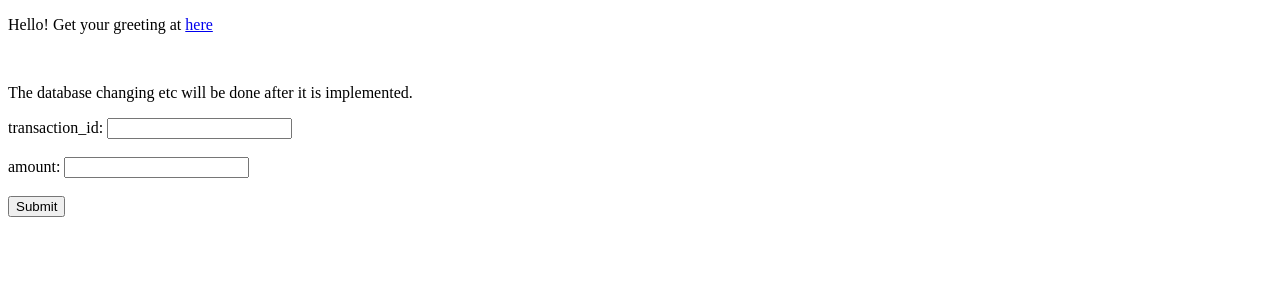
Repository: hcm4990/BankingApplicationRestAPI
Page: gs-serving-web-content-complete/src/main/resources/static/index.html
The author's editor kept a copy of each file at every save. The page is drawn from the files as they stood at one save, then again after the next save.
The browser window is 1280 px wide. The pictures show the whole page.

Above is the page before, as saved 2020-04-06 15:01:48.

After the next save:
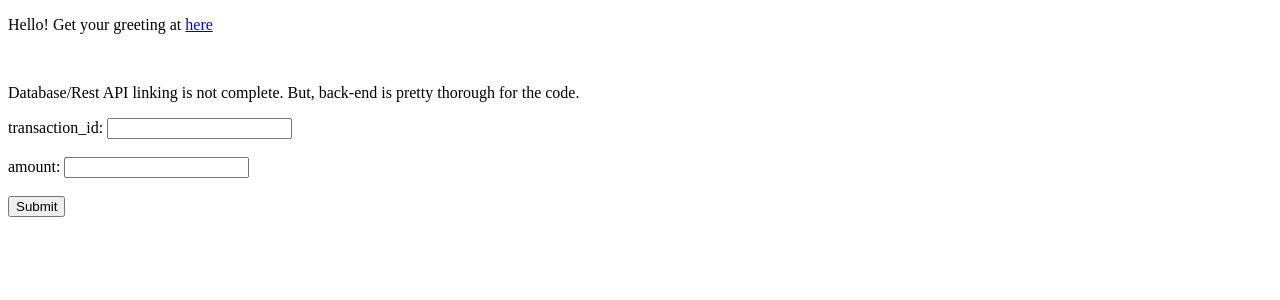
Saved 4 min 56 s later.
--- a/gs-serving-web-content-complete/src/main/resources/static/index.html
+++ b/gs-serving-web-content-complete/src/main/resources/static/index.html
@@ -9,7 +9,7 @@
 		Hello! Get your greeting at <a href="/greeting">here</a>
 	</p>
 	<br>
-	<p>The database changing etc will be done after it is implemented.</p>
+	<p>Database/Rest API linking is not complete. But, back-end is pretty thorough for the code.</p>
 	<form action="/transaction">
 		<label for="transaction_id">transaction_id:</label> <input type="text" id="transaction_id"
 			name="fname"><br>
